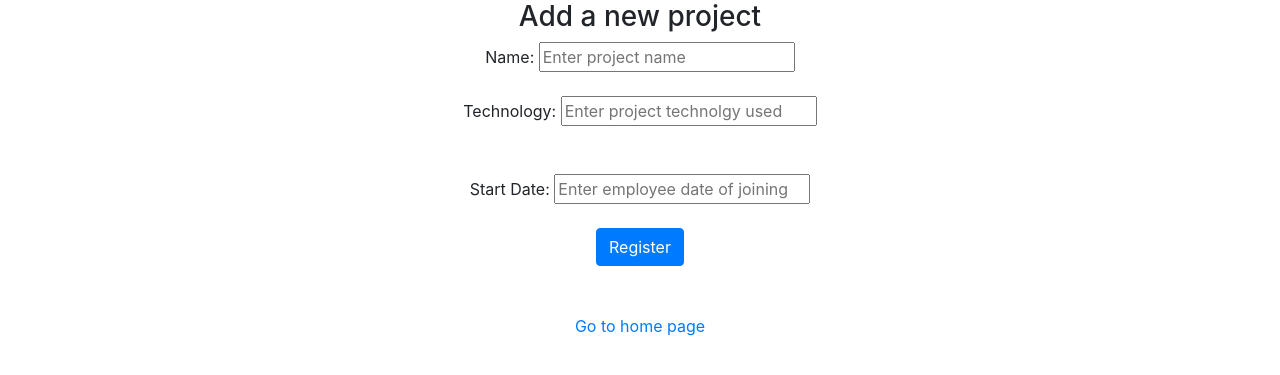
Repository: ArmanAli-cmd/EmployeeProjectDepartmentApplication
Page: http://localhost/EmployeeProjectDepartmentMVCApplication/views/project-signup.jsp
An editor plug-in stored every save of this project. The page is shown before and after the next save, followed by the edit.
The browser window is 1280 px wide. The pictures show the whole page.
The page is served by Tomcat 9. Other server files are loaded and not shown.

Above is the page before, as saved 2024-01-18 05:12:32.

### EmployeeProjectDepartmentMVCApplication/src/main/webapp/views/project-signup.jsp
<%@ page language="java" contentType="text/html; charset=ISO-8859-1"
	pageEncoding="ISO-8859-1"%>
<!DOCTYPE html>
<html>
<head>
<meta charset="utf-8">
  <meta name="viewport" content="width=device-width, initial-scale=1">
  <link rel="stylesheet" href="https://cdn.jsdelivr.net/npm/bootstrap@4.6.2/dist/css/bootstrap.min.css">
  <script src="https://cdn.jsdelivr.net/npm/jquery@3.7.1/dist/jquery.slim.min.js"></script>
  <script src="https://cdn.jsdelivr.net/npm/popper.js@1.16.1/dist/umd/popper.min.js"></script>
  <script src="https://cdn.jsdelivr.net/npm/bootstrap@4.6.2/dist/js/bootstrap.bundle.min.js"></script>
<title>Project Sign Up Page</title>
</head>
<body style="text-align: center;">
<div class="container">
	<h3>Add a new project</h3>
	<form action="/employees/add" method="post">
		Name: <input type="text" name="name" placeholder="Enter project name"
			required><br>
		<br>
		Technology: <input type="text" name="technology"
			placeholder="Enter project technolgy used" required><br>
		<br>
		<br>
		Start Date: <input type="text" name="startDate"
			placeholder="Enter employee date of joining" required><br>
		<br> <input type="submit" class="btn btn-primary" value="Register">
	</form>
<br><br>
<a href="/views/index.jsp"> Go to home page</a>
</div>
</body>
</html>

After the next save:
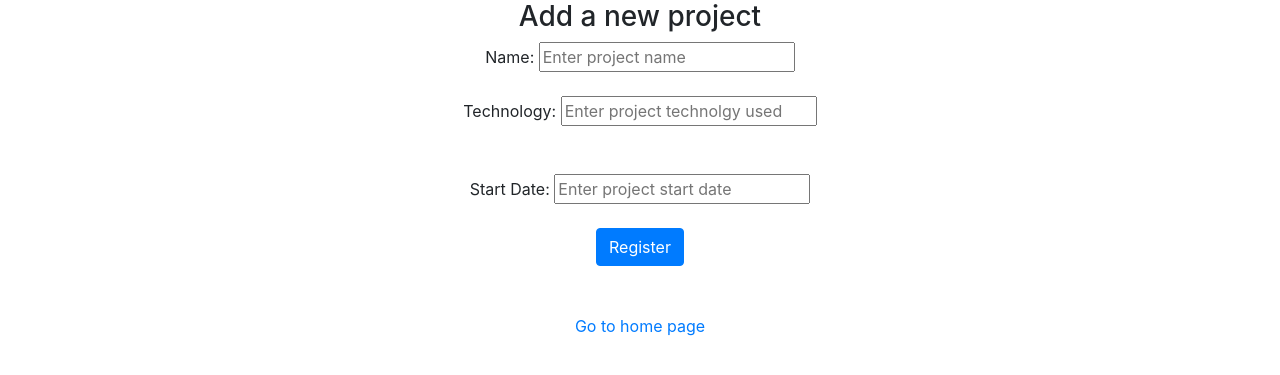
Saved 13 s later.
--- a/EmployeeProjectDepartmentMVCApplication/src/main/webapp/views/project-signup.jsp
+++ b/EmployeeProjectDepartmentMVCApplication/src/main/webapp/views/project-signup.jsp
@@ -23,7 +23,7 @@
 		<br>
 		<br>
 		Start Date: <input type="text" name="startDate"
-			placeholder="Enter employee date of joining" required><br>
+			placeholder="Enter project start date" required><br>
 		<br> <input type="submit" class="btn btn-primary" value="Register">
 	</form>
 <br><br>
